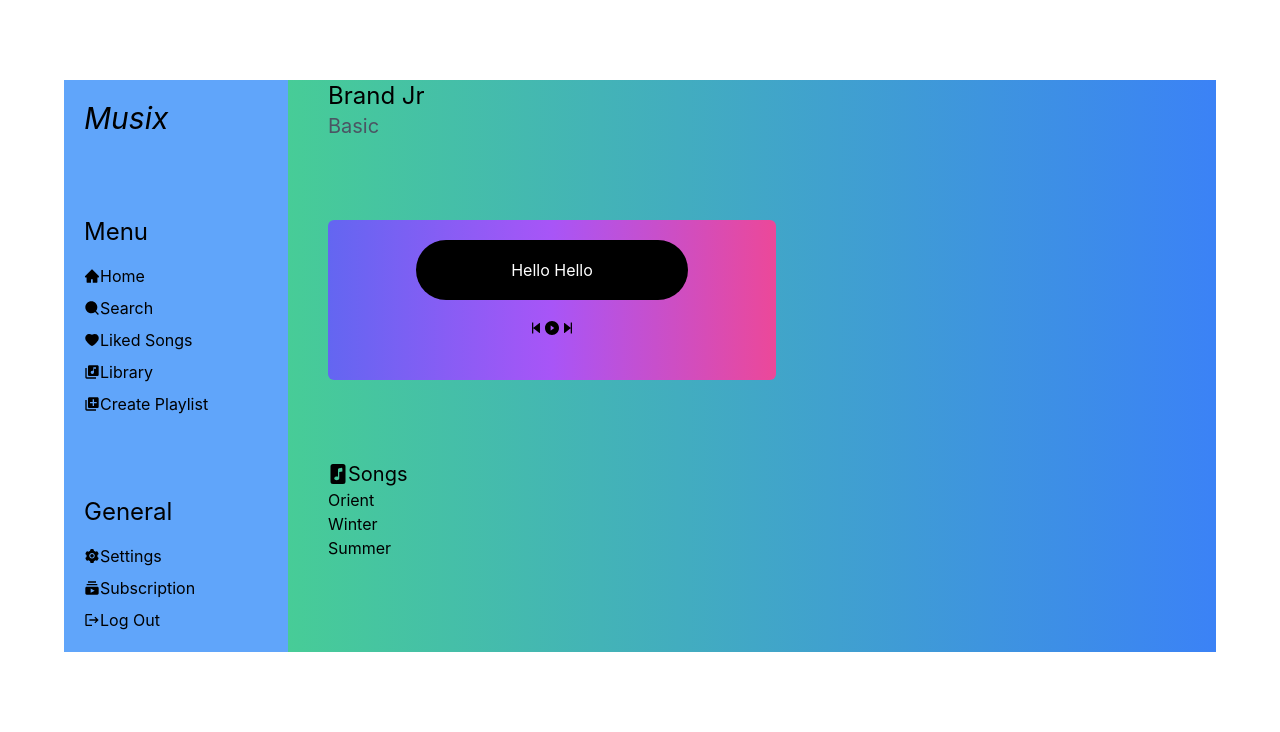
Repository: brandford7/music-player
Page: /
The author's editor kept a copy of each file at every save. The page is drawn from the files as they stood at one save, then again after the next save.
The browser window is 1280 px wide. The pictures show the whole page.
The project was rebuilt for these pictures with package versions that can differ from the ones it lists, and the page was loaded fresh each time. The framework's server and built-in components were replaced by stand-ins that run in the browser. Also part of the build but not shown: next.config.js.

Above is the page before, as saved 2022-11-18 12:53:43.

### pages/index.js
import Head from "next/head";
import Image from "next/image";
import { MusicCard, Sidebar, SongList, UserAvatar } from "../components";

export default function Home() {
  return (
    <div className="flex mx-auto max-w-6xl my-20 space-x-10 bg-gradient-to-r from-green-400 to-blue-500">
      <Head>
        <title>Music Player</title>
        <meta name="description" content="Generated by create next app" />
        <link rel="icon" href="/favicon.ico" />
      </Head>
      <aside>
        <Sidebar />
      </aside>
      <main className="flex flex-col flex-1 space-y-20">
        <UserAvatar name="Brand Jr" subscription="Basic" />
        <MusicCard title="Hello Hello" />
        <SongList />
      </main>
    </div>
  );
}

### styles/globals.css
@tailwind base;
@tailwind components;
@tailwind utilities;



html,
body {
  padding: 0;
  margin: 0;
  font-family: -apple-system, BlinkMacSystemFont, Segoe UI, Roboto, Oxygen,
    Ubuntu, Cantarell, Fira Sans, Droid Sans, Helvetica Neue, sans-serif;
}

a {
  color: inherit;
  text-decoration: none;
}

* {
  box-sizing: border-box;
}

@media (prefers-color-scheme: dark) {
  html {
    color-scheme: dark;
  }
  body {
    color: white;
    background: black;
  }
}

### components/index.js
export { default as Sidebar } from './Sidebar';
export { default as UserAvatar } from './UserAvatar';
export { default as MusicCard } from './MusicCard';
export { default as MusicButton } from './MusicButton';
export { default as SongList } from './SongList';

### components/Sidebar.jsx
import React from "react";
import { AiFillHome, AiFillHeart, AiFillSetting } from "react-icons/ai";
import {
  MdLibraryMusic,
  MdLibraryAdd,
  MdLogout,
  MdSubscriptions,
} from "react-icons/md";
import { RiSearchFill } from "react-icons/ri";

const Sidebar = () => {
  return (
    <div className="flex flex-col space-y-20 bg-blue-400 p-5  w-56">
      <section>
        <h1 className="text-3xl italic">Musix</h1>
      </section>
      <section>
        <h2 className="mb-4 text-2xl">Menu</h2>
        <ul className="space-y-2">
          <li className="flex items-center ">
            <AiFillHome />
            Home
          </li>
          <li className="flex items-center ">
            <RiSearchFill />
            Search
          </li>
          <li className="flex items-center ">
            <AiFillHeart />
            Liked Songs
          </li>
          <li className="flex items-center ">
            <MdLibraryMusic />
            Library
          </li>
          <li className="flex items-center ">
            <MdLibraryAdd />
            Create Playlist
          </li>
        </ul>
      </section>
      <section>
        <h2 className="mb-4 text-2xl">General</h2>
        <ul className="space-y-2">
          <li className="flex items-center ">
            <AiFillSetting />
            Settings
          </li>
          <li className="flex items-center ">
            <MdSubscriptions />
            Subscription
          </li>
          <li className="flex items-center ">
            <MdLogout />
            Log Out
          </li>
        </ul>
      </section>
    </div>
  );
};

export default Sidebar;

### components/UserAvatar.jsx
import React from "react";

const UserAvatar = ({ image, name, subscription }) => {
  return (
    <div className="flex flex-col">
      <img src={image} alt="" />
      <h2 className="text-2xl">{name}</h2>
      <p className="text-gray-600 text-xl"> {subscription}</p>
    </div>
  );
};

export default UserAvatar;

### components/MusicCard.jsx
import React from "react";
import MusicButton from "./MusicButton";
import {
  AiFillPlayCircle,
  AiFillStepBackward,
  AiFillStepForward,
} from "react-icons/ai";

const MusicCard = ({ title }) => {
  return (
    <div className=" flex flex-col items-center space-y-5 p-5 max-w-md rounded-md h-40 w-4/5 bg-gradient-to-r from-indigo-500 via-purple-500 to-pink-500">
      <section className="flex items-center justify-center rounded-full h-2/4 w-2/3 bg-black text-white">
        {title}
      </section>
      <section className="flex items-center justify-center">
        <MusicButton icon={<AiFillStepBackward />} />
        <MusicButton icon={<AiFillPlayCircle />} />
        <MusicButton icon={<AiFillStepForward />} />
      </section>
    </div>
  );
};

export default MusicCard;

### components/MusicButton.jsx
import React from 'react'

const MusicButton = ({icon}) => {
  return (
      <div>{icon}</div>
  )
}

export default MusicButton

### components/SongList.jsx
import React from "react";
import { BsFillFileMusicFill } from "react-icons/bs";

const SongList = () => {
  return (
    <div>
      <h1 className="flex items-center space-x-5 text-xl">
        <BsFillFileMusicFill />
        Songs
      </h1>
      <section>
        <ul className="flex flex-col">
          <li>Orient</li>
          <li>Winter</li>
          <li>Summer</li>
        </ul>
      </section>
    </div>
  );
};

export default SongList;

Loaded but not shown: pages/_app.js (common file); tailwind.config.js (common file)

After the next save:
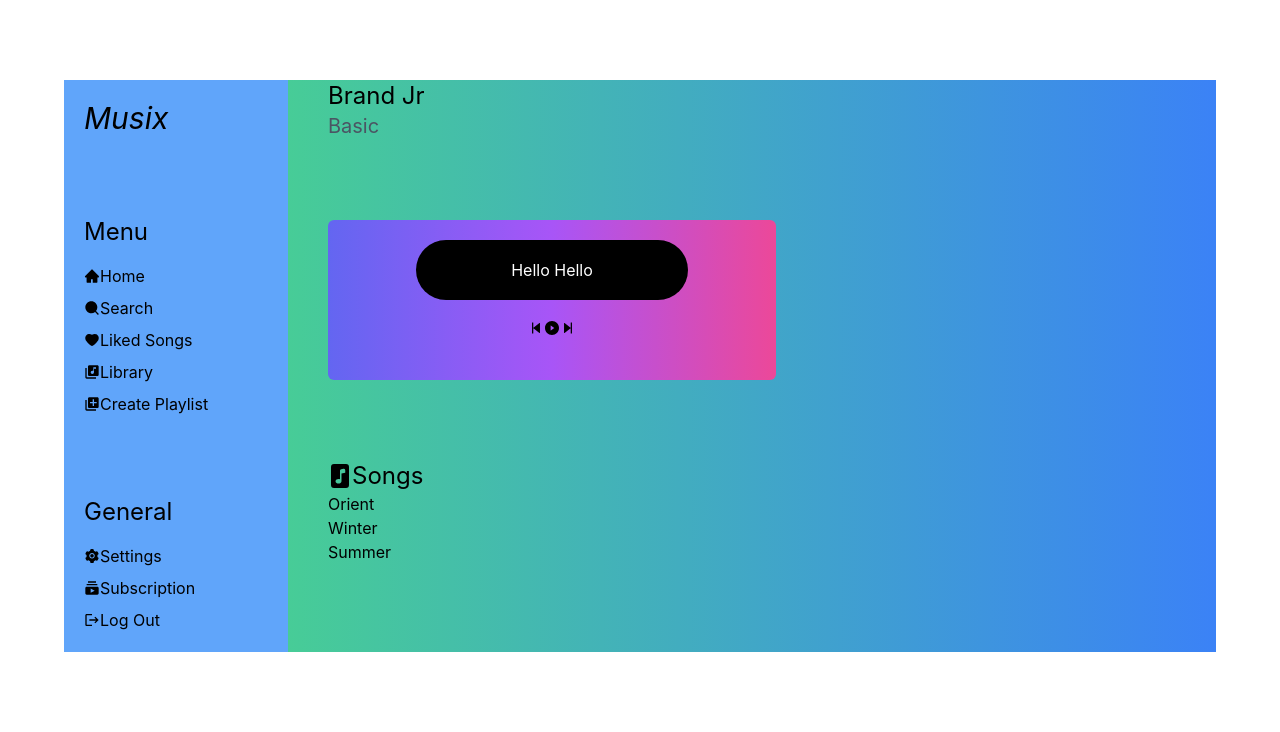
Saved 12 s later.
--- a/components/SongList.jsx
+++ b/components/SongList.jsx
@@ -4,7 +4,7 @@ import { BsFillFileMusicFill } from "react-icons/bs";
 const SongList = () => {
   return (
     <div>
-      <h1 className="flex items-center space-x-5 text-xl">
+      <h1 className="flex items-center space-x-5 text-2xl">
         <BsFillFileMusicFill />
         Songs
       </h1>
